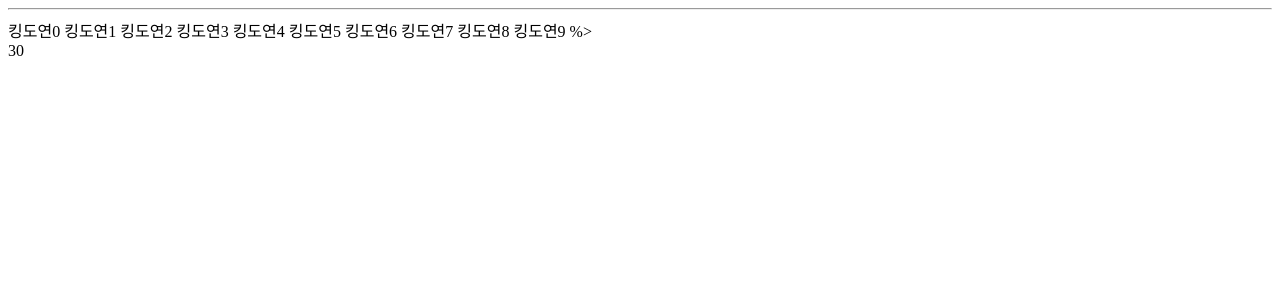
Repository: cordingdodo/javaworks2
Page: http://localhost/practice01/
The author's editor kept a copy of each file at every save. The page is drawn from the files as they stood at one save, then again after the next save.
The browser window is 1280 px wide. The pictures show the whole page.
The page is served by Tomcat 9. Other server files are loaded and not shown.

Above is the page before, as saved 2022-10-11 05:54:59.

### practice01/WebContent/index.jsp
<%@ page language="java" contentType="text/html; charset=UTF-8"
    pageEncoding="UTF-8"%>
   <%@ page import="java.util.Date" %>
<!DOCTYPE html>
<html>
<head>
<meta charset="UTF-8">
<title>웹 문서 테스트</title>
</head>
<body>

<%! //선언문 = 객체, 변수, 메소드 선언시
	int a = 20;
	int b = 30;
	Date now = new Date();

 %>
 <hr>
<%
	//처리 구문 -> 스크립트릿(scriptlet) : 자바 코드/명령어
	int c = a + b;
	String name = "킹도연";
	if(a>b){
		c = a;
	} else {
		c = b;
	}
	for(int d=0;d<10;d++){
		out.println(name+d); //out: 출력개체를 의미 browser
	}
	//<%!-- jsp 각주--%>
%>
<div id="result"><!--각주 --><%=c %>
<!-- jsp 각주 -->
</div>
</body>
</html>

After the next save:
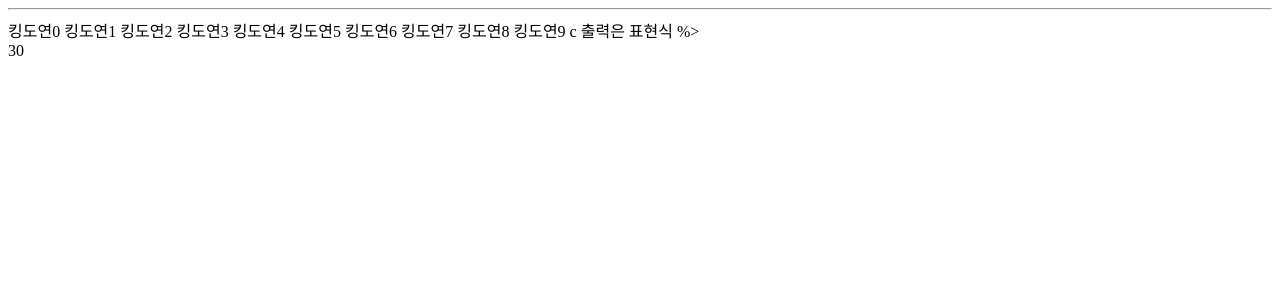
Saved 48 s later.
--- a/practice01/WebContent/index.jsp
+++ b/practice01/WebContent/index.jsp
@@ -28,10 +28,11 @@
 	for(int d=0;d<10;d++){
 		out.println(name+d); //out: 출력개체를 의미 browser
 	}
+	out.println("c 출력은 표현식");
 	//<%!-- jsp 각주--%>
 %>
 <div id="result"><!--각주 --><%=c %>
-<!-- jsp 각주 -->
+<!--<%=c %> 얘를 표현식이라고 함  -->
 </div>
 </body>
 </html>
